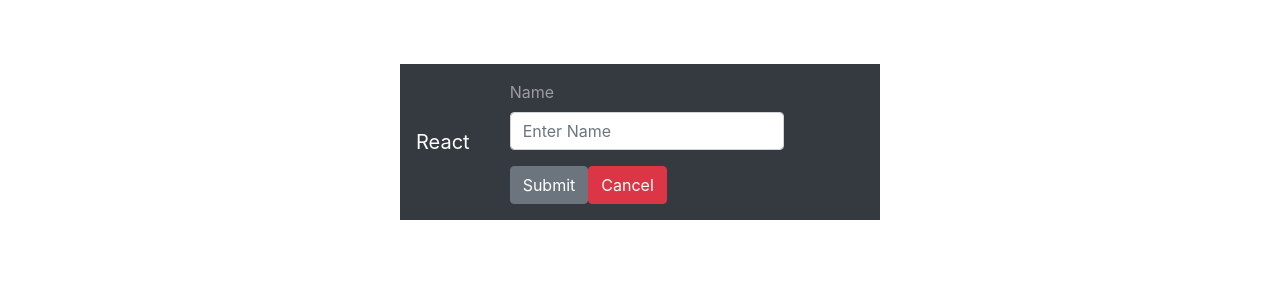
Repository: Abdaljawad-Aya/interview-task
Page: /add (app in javascriptArray/test/)
These files come from the project's save history. The page is drawn as it stood at one moment and after the next save; the edit follows.
The browser window is 1280 px wide. The pictures show the whole page.
Some web libraries are served in a nearby version. The project was rebuilt for these pictures with package versions that can differ from the ones it lists, and the page was loaded fresh each time. Also part of the build but not shown: javascriptArray/test/src/compnents/Home.js, javascriptArray/test/src/compnents/EditUser.js. Imported but missing from the stored project, and not drawn on this page: javascriptArray/test/src/compnents/Heading, javascriptArray/test/src/compnents/UserList, javascriptArray/test/src/context/GlobalState.

Above is the page before, as saved 2021-03-10 16:06:42.

### javascriptArray/test/public/index.html
<!DOCTYPE html>
<html lang="en">
  <head>
    <meta charset="utf-8" />
    <link rel="icon" href="%PUBLIC_URL%/favicon.ico" />
    <meta name="viewport" content="width=device-width, initial-scale=1" />
    <meta name="theme-color" content="#000000" />
    <meta
      name="description"
      content="Web site created using create-react-app"
    />
    <link rel="apple-touch-icon" href="%PUBLIC_URL%/logo192.png" />
    <!--
      manifest.json provides metadata used when your web app is installed on a
      user's mobile device or desktop. See https://developers.google.com/web/fundamentals/web-app-manifest/
    -->
    <link rel="manifest" href="%PUBLIC_URL%/manifest.json" />
    <!--
      Notice the use of %PUBLIC_URL% in the tags above.
      It will be replaced with the URL of the `public` folder during the build.
      Only files inside the `public` folder can be referenced from the HTML.

      Unlike "/favicon.ico" or "favicon.ico", "%PUBLIC_URL%/favicon.ico" will
      work correctly both with client-side routing and a non-root public URL.
      Learn how to configure a non-root public URL by running `npm run build`.
    -->

   <link rel="stylesheet" href="https://maxcdn.bootstrapcdn.com/bootstrap/4.0.0/css/bootstrap.min.css" integrity="sha384-Gn5384xqQ1aoWXA+058RXPxPg6fy4IWvTNh0E263XmFcJlSAwiGgFAW/dAiS6JXm" crossorigin="anonymous">
    <title>React App</title>
  </head>
  <body>
    <noscript>You need to enable JavaScript to run this app.</noscript>
    <div id="root"></div>
    <!--
      This HTML file is a template.
      If you open it directly in the browser, you will see an empty page.

      You can add webfonts, meta tags, or analytics to this file.
      The build step will place the bundled scripts into the <body> tag.

      To begin the development, run `npm start` or `yarn start`.
      To create a production bundle, use `npm run build` or `yarn build`.
    -->
      <script src="https://code.jquery.com/jquery-3.2.1.slim.min.js" integrity="sha384-KJ3o2DKtIkvYIK3UENzmM7KCkRr/rE9/Qpg6aAZGJwFDMVNA/GpGFF93hXpG5KkN" crossorigin="anonymous"></script>
    <script src="https://cdnjs.cloudflare.com/ajax/libs/popper.js/1.12.9/umd/popper.min.js" integrity="sha384-ApNbgh9B+Y1QKtv3Rn7W3mgPxhU9K/ScQsAP7hUibX39j7fakFPskvXusvfa0b4Q" crossorigin="anonymous"></script>
    <script src="https://maxcdn.bootstrapcdn.com/bootstrap/4.0.0/js/bootstrap.min.js" integrity="sha384-JZR6Spejh4U02d8jOt6vLEHfe/JQGiRRSQQxSfFWpi1MquVdAyjUar5+76PVCmYl" crossorigin="anonymous"></script>
  </body>
</html>

### javascriptArray/test/src/index.js
import React from 'react'
import ReactDOM from 'react-dom'
import App from './App'
// import { BrowserRouter as Router } from 'react-router-dom'

ReactDOM.render(
  <React.StrictMode>
    {/* <Router> */}
    <App />
    {/* </Router> */}
  </React.StrictMode>,
  document.getElementById('root'),
)

### javascriptArray/test/src/App.js
import React from 'react'
import { BrowserRouter as Router, Switch, Route } from 'react-router-dom'
import { Home } from './compnents/Home'
import { AddUser } from './compnents/AddUser'
import { EditUser } from './compnents/EditUser'

import 'bootstrap/dist/css/bootstrap.min.css'

function App() {
  return (
    <div className="App" style={{ maxWidth: '30rem', margin: '4rem auto' }}>
      <Router>
        <Switch>
          <nav class="navbar navbar-expand-lg navbar-dark bg-dark">
            <a class="navbar-brand" href="#">
              React
            </a>
            <button
              class="navbar-toggler"
              type="button"
              data-toggle="collapse"
              data-target="#navbarNavAltMarkup"
              aria-controls="navbarNavAltMarkup"
              aria-expanded="false"
              aria-label="Toggle navigation"
            >
              <span class="navbar-toggler-icon"></span>
            </button>
            <div class="collapse navbar-collapse" id="navbarNavAltMarkup">
              <div class="navbar-nav">
                <a class="nav-item nav-link active" href="#">
                  <Route exact path="/" component={Home} />
                  {/* <span class="sr-only">(current)</span> */}
                </a>
                <a class="nav-link" href="#">
                  <Route path="/add" component={AddUser} />
                </a>
                <a class="nav-link" href="#">
                  <Route path="/edit/:id" component={EditUser} />
                </a>
              </div>
            </div>
          </nav>
        </Switch>
      </Router>
    </div>
  )
}

export default App

### javascriptArray/test/src/compnents/AddUser.js
import React from 'react'
import { Link } from 'react-router-dom'
import { Form, FormGroup, Label, Input, Button } from 'reactstrap'
export const AddUser = () => {
  return (
    <Form>
      <FormGroup>
        <Label>Name</Label>
        <Input type="text" placeholder="Enter Name"></Input>
      </FormGroup>
      <Button type="submit">Submit</Button>
      <Link to="/" className="btn btn-danger">
        Cancel
      </Link>
    </Form>
  )
}

After the next save:
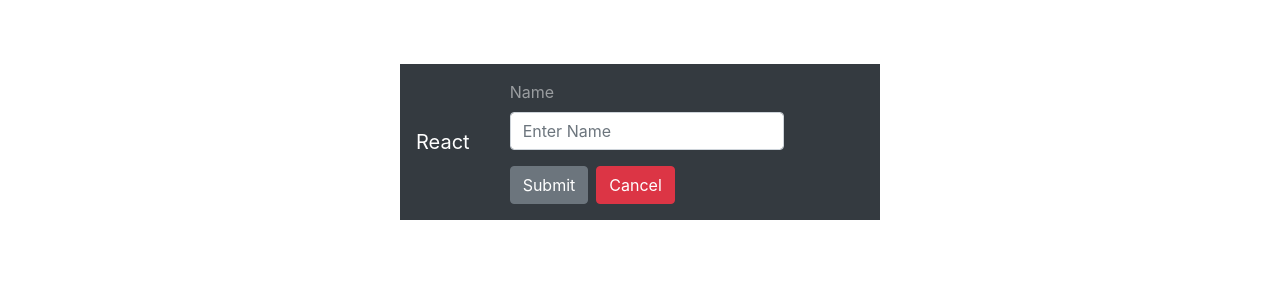
Saved 18 s later.
--- a/javascriptArray/test/src/compnents/AddUser.js
+++ b/javascriptArray/test/src/compnents/AddUser.js
@@ -9,7 +9,7 @@ export const AddUser = () => {
         <Input type="text" placeholder="Enter Name"></Input>
       </FormGroup>
       <Button type="submit">Submit</Button>
-      <Link to="/" className="btn btn-danger">
+      <Link to="/" className="btn btn-danger ml-2">
         Cancel
       </Link>
     </Form>
